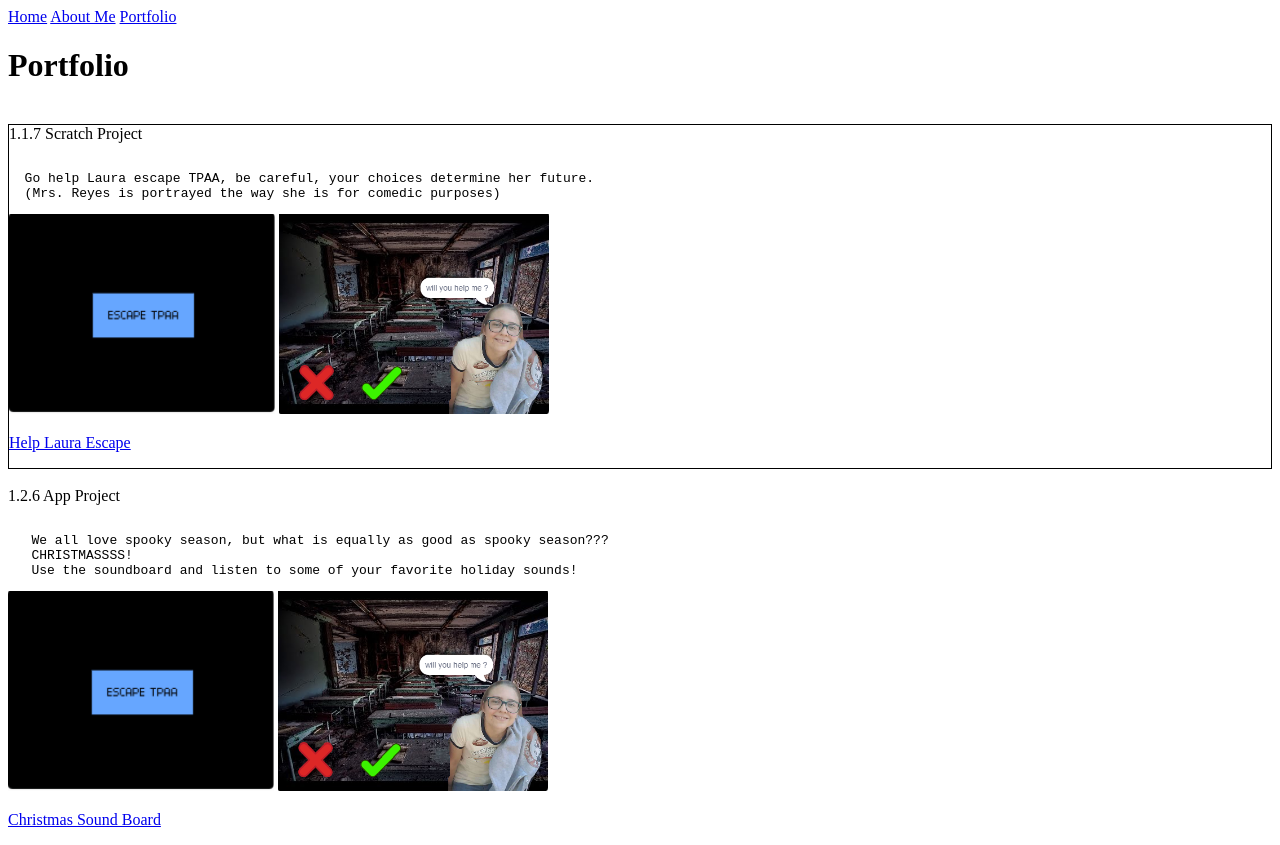
Repository: JDiaz463/JDiaz463.github.io
Page: my_website/portfolio.html
The author's editor kept a record of every edit. The page is drawn from the files as they stood at one moment, then again after the next edit.
The browser window is 1280 px wide. The pictures show the whole page.

Above is the page before.

### my_website/portfolio.html
<!doctype html>
	<html lang="en">
	    <title>Portfolio</title>
	  </head>
	  <body>
    <a href="index.html">Home</a>
    <a href="aboutme.html">About Me</a>
    <a href="portfolio.html">Portfolio</a>
    <h1>Portfolio</h1>
    <br>
   <div style="border: 1px solid black">1.1.7 Scratch Project
<pre>
  Go help Laura escape TPAA, be careful, your choices determine her future.
  (Mrs. Reyes is portrayed the way she is for comedic purposes)</pre>
    </a>
    <img src="images/gamept.2.PNG" height="200"> <img src="images/gamept.3.png" height="200">
    <p><a href="https://scratch.mit.edu/projects/327037990">Help Laura Escape</a></p>
    </div>

    <br>
    <div style="border: 1x solid black">1.2.6 App Project
  <pre>
   We all love spooky season, but what is equally as good as spooky season???
   CHRISTMASSSS!
   Use the soundboard and listen to some of your favorite holiday sounds!</pre>
    </a>
    <img src="images/gamept.2.PNG" height="200"> <img src="images/gamept.3.png" height="200">
    <p><a href="https://scratch.mit.edu/projects/327037990">Christmas Sound Board</a></p>
    </div>
	  </body>
	</html>

After the next edit:
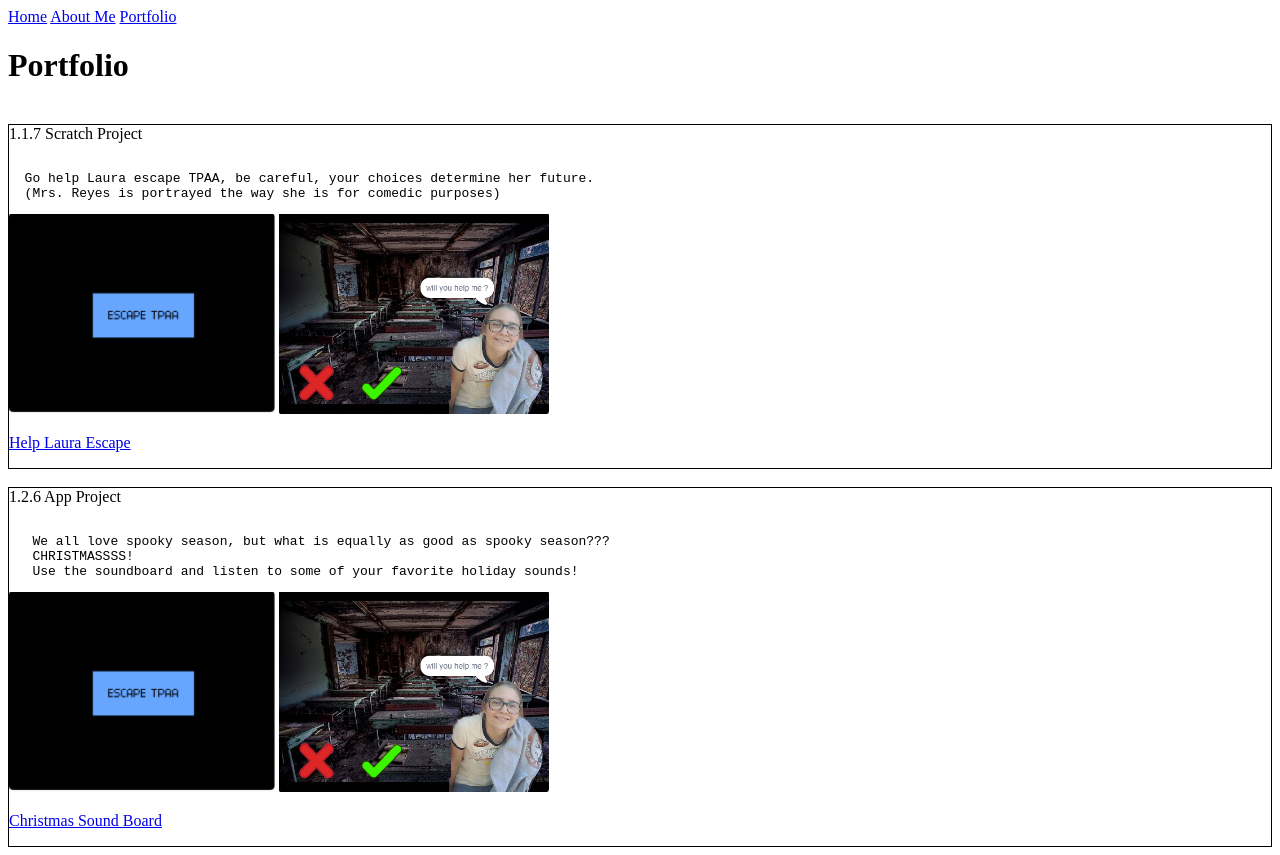
The edit:
--- a/my_website/portfolio.html
+++ b/my_website/portfolio.html
@@ -18,7 +18,7 @@
     </div>
 
     <br>
-    <div style="border: 1x solid black">1.2.6 App Project
+   <div style="border: 1px solid black">1.2.6 App Project
   <pre>
    We all love spooky season, but what is equally as good as spooky season???
    CHRISTMASSSS!
